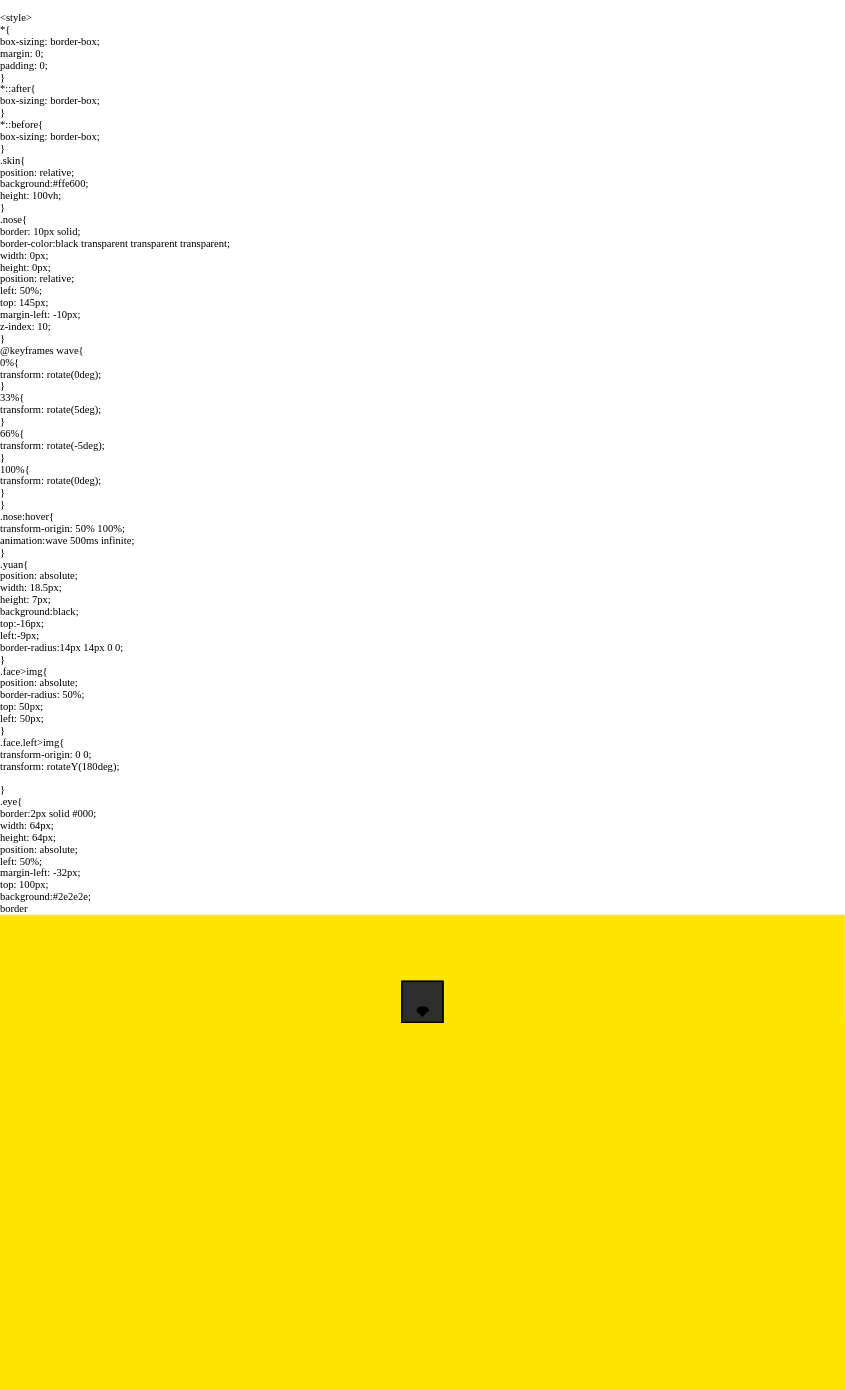
Repository: chenguocan/Pokemon
Page: src/test.html
An editor plug-in stored every save of this project. The page is shown before and after the next save, followed by the edit.
The browser window is 1280 px wide. The pictures show the whole page, at 66% of full size.

Above is the page before, as saved 2020-08-16 18:02:47.

After the next save:
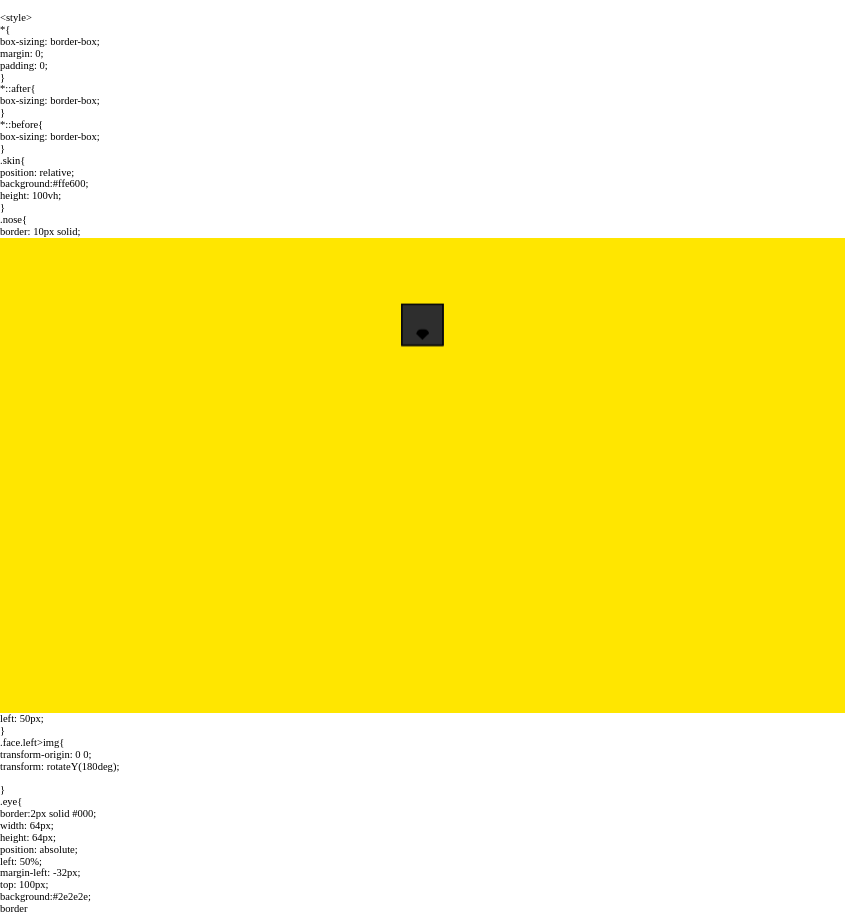
Saved 110 s later.
--- a/src/test.html
+++ b/src/test.html
@@ -5,6 +5,15 @@
     <meta charset="UTF-8">
     <meta name="viewport" content="width=device-width, initial-scale=1.0">
     <title>Document</title>
+    <style>
+        #html {
+            position: fixed;
+            bottom: 0;
+            left: 0;
+            width: 100%;
+            height: 50vh;
+        }
+    </style>
 </head>
 
 <body>
